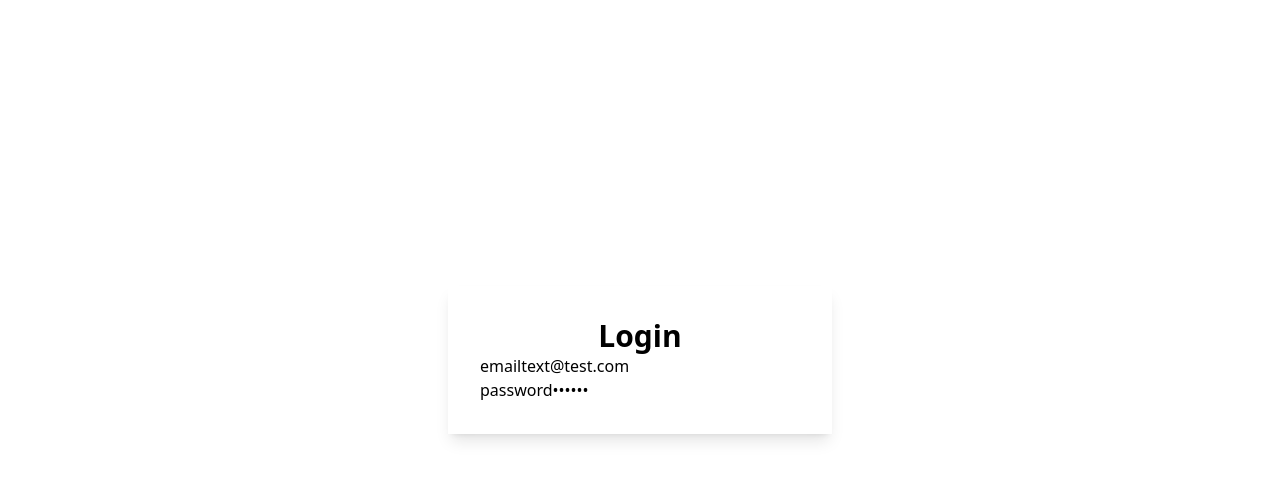
Repository: dydals3440/cool-store
Page: /login
The author's editor kept a copy of each file at every save. The page is drawn from the files as they stood at one save, then again after the next save.
The browser window is 1280 px wide. The pictures show the whole page.
The project was rebuilt for these pictures with package versions that can differ from the ones it lists, and the page was loaded fresh each time. Also part of the build but not shown: vite.config.js, src/pages/About.jsx, src/pages/Cart.jsx, src/pages/Checkout.jsx, src/pages/Error.jsx, src/pages/HomeLayout.jsx, src/pages/Landing.jsx, src/pages/Products.jsx and 2 more. Imported but missing from the stored project, and not drawn on this page: src/pages/Orders.

Above is the page before, as saved 2023-09-17 19:54:15.

After the next save:
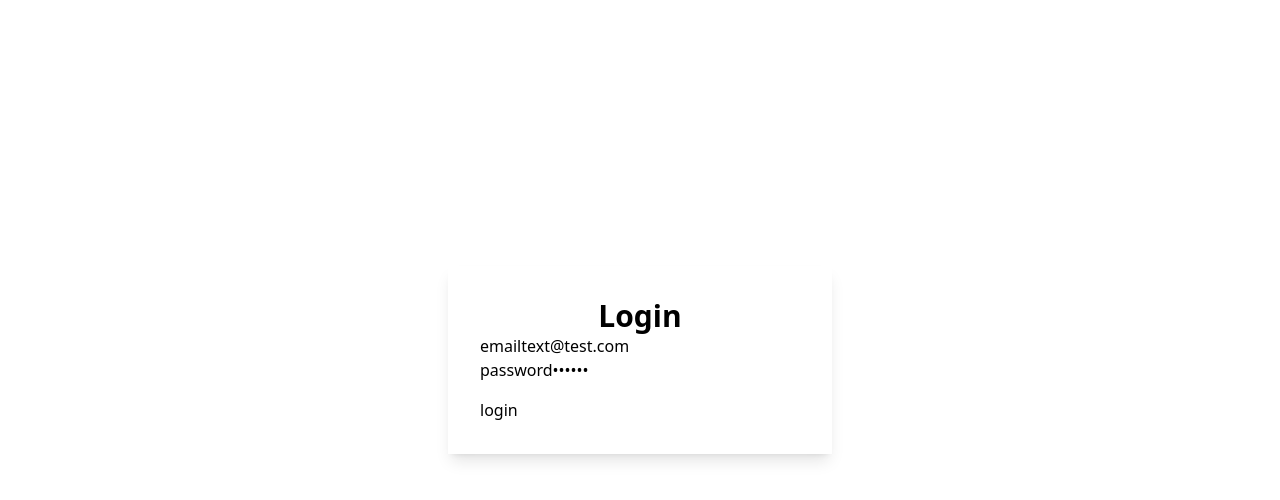
Saved 47 s later.
--- a/src/pages/Login.jsx
+++ b/src/pages/Login.jsx
@@ -21,6 +21,9 @@ const Login = () => {
           name='password'
           defaultValue='secret'
         />
+        <div className='mt-4'>
+          <SubmitBtn text='login' />
+        </div>
       </Form>
     </section>
   );
